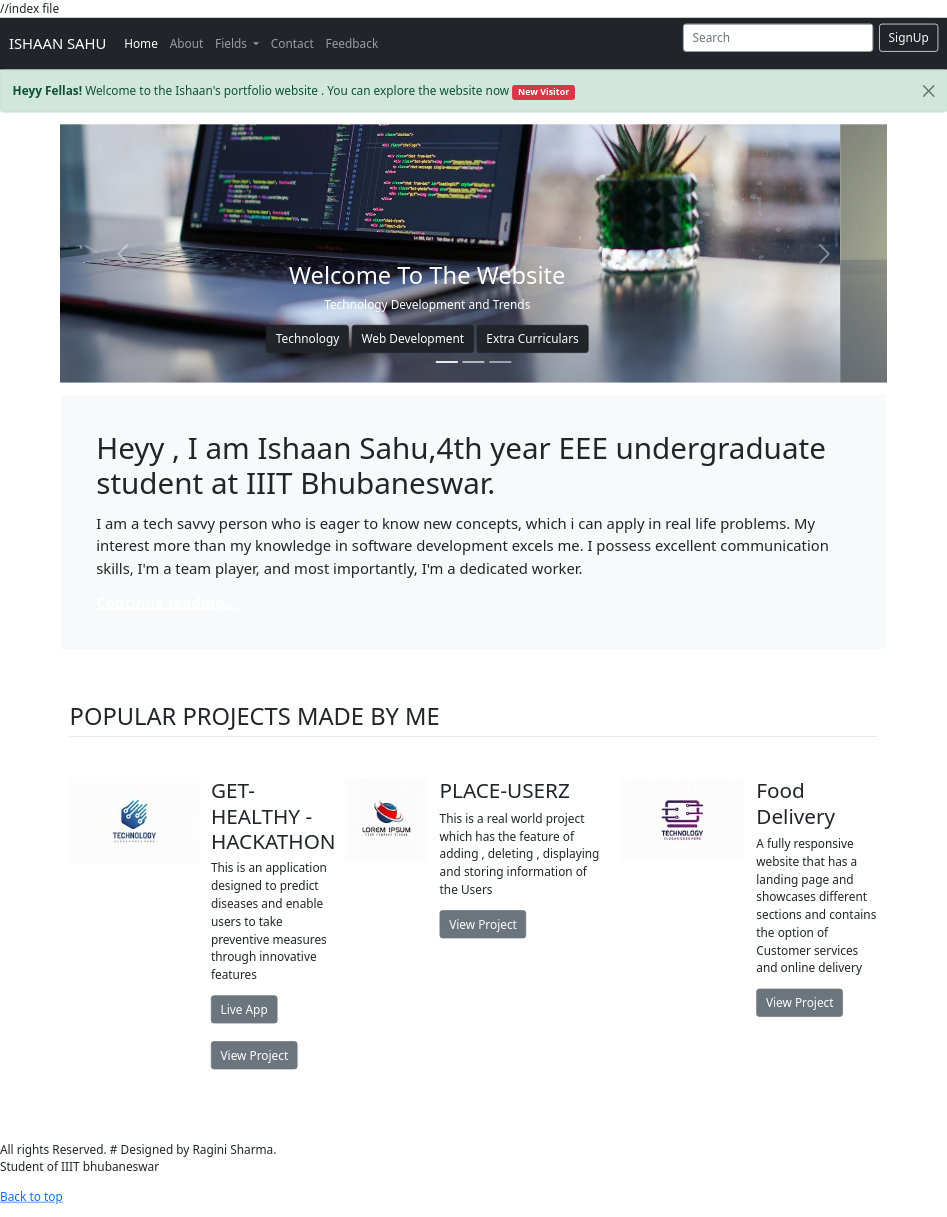
Repository: ishaan51551/Ishaan-s-Portfolio-
Page: index.html
The author's editor kept a copy of each file at every save. The page is drawn from the files as they stood at one save, then again after the next save.
The browser window is 1280 px wide. The pictures show the whole page, at 74% of full size.

Above is the page before, as saved 2023-09-13 01:34:12.

After the next save:
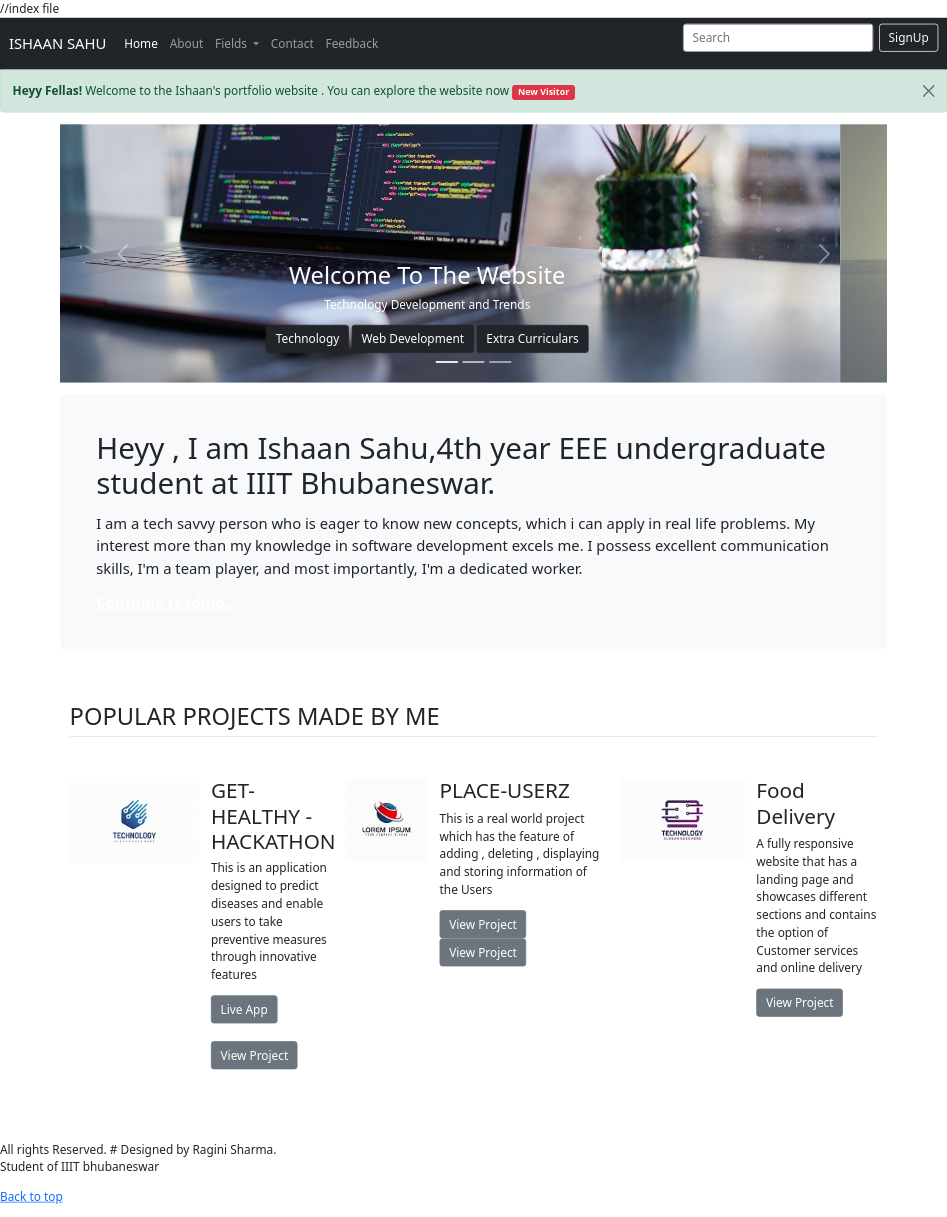
Saved 43 s later.
--- a/index.html
+++ b/index.html
@@ -215,6 +215,9 @@
           <a href="https://github.com/Ragini-sharma21/Music-Track-Arrangement-Project" class="btn btn-secondary">
             View Project
           </a>
+          <a href="https://github.com/Ragini-sharma21/Music-Track-Arrangement-Project" class="btn btn-secondary">
+            View Project
+          </a>
         </div>
       </div>
       <div class="col d-flex align-items-start">
